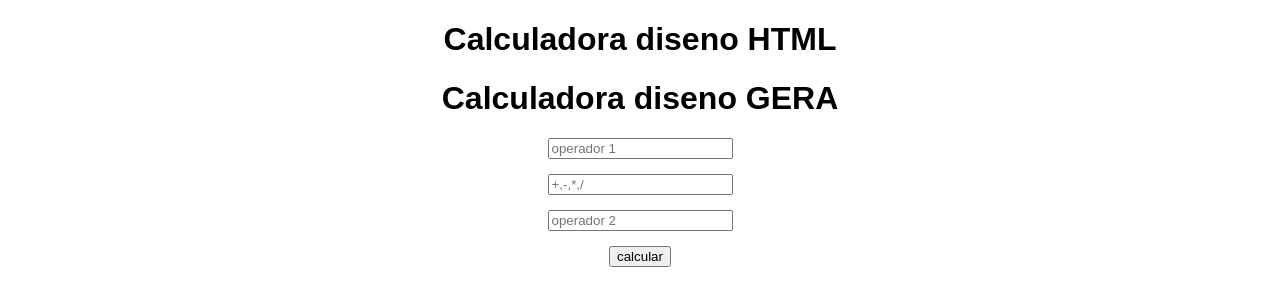
Repository: geraldine-ventura/Calculadora-JS
Page: indexcalcu.html
An editor plug-in stored every save of this project. The page is shown before and after the next save, followed by the edit.
The browser window is 1280 px wide. The pictures show the whole page.

Above is the page before, as saved 2022-12-13 21:03:37.

After the next save:
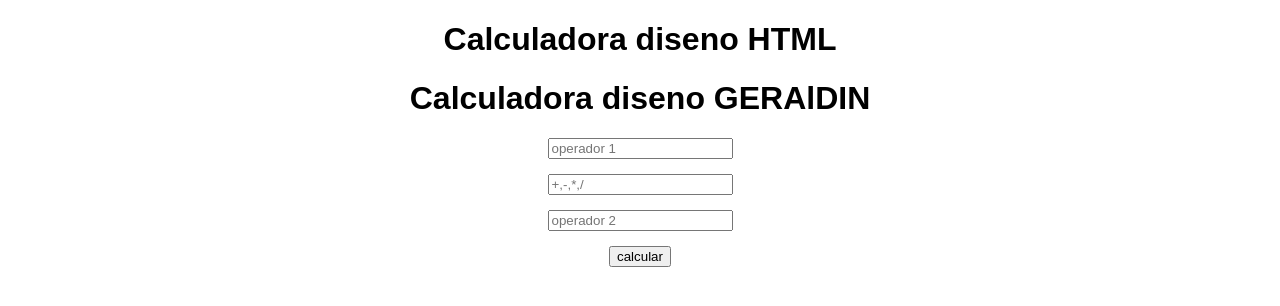
Saved 32 min 15 s later.
--- a/indexcalcu.html
+++ b/indexcalcu.html
@@ -20,7 +20,9 @@
 </head>
 <body>
     <h1>Calculadora diseno HTML</h1>
-    <h1>Calculadora diseno GERA</h1>
+    <h1>Calculadora diseno GERAlDIN
+
+    </h1>
     <form action="" method="dialog">
       <input type="text" id="op1" placeholder="operador 1">
       <input type="text" id="operacion" placeholder="+,-,*,/">
